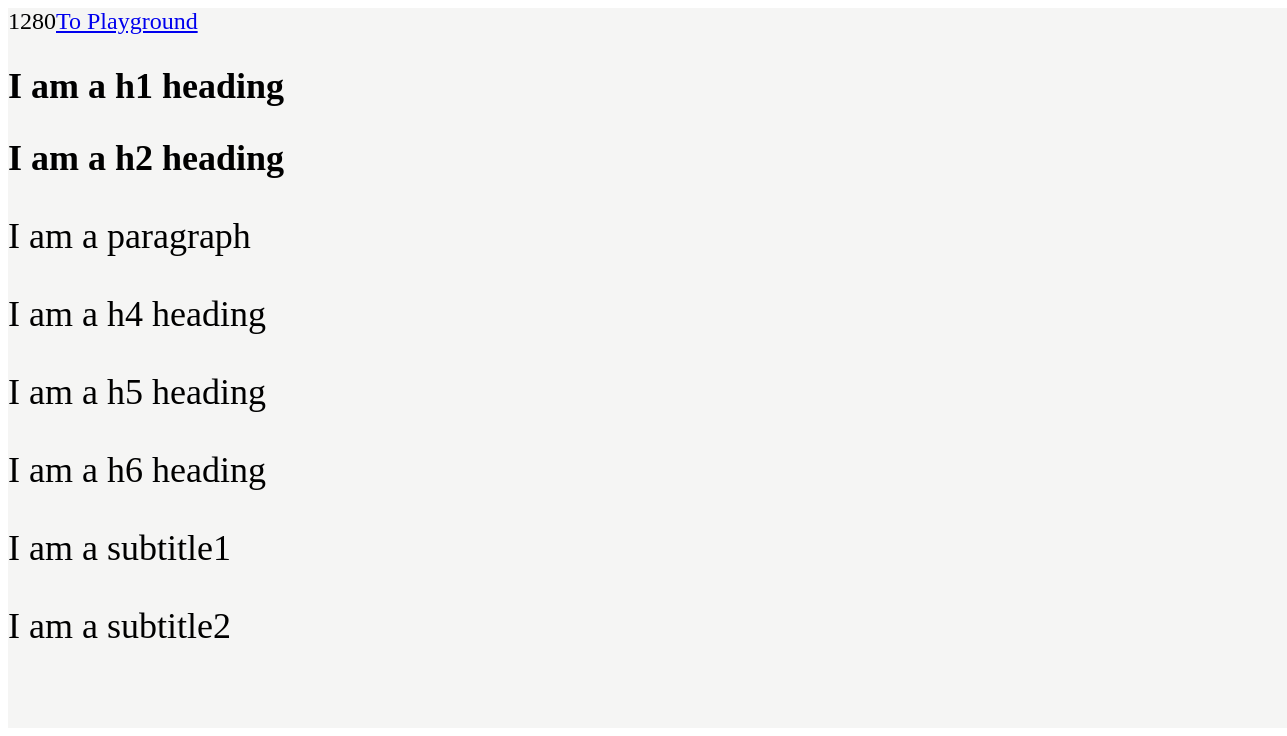
Repository: Terrycoco/coco-playground-starter
Page: /
The author's editor kept a copy of each file at every save. The page is drawn from the files as they stood at one save, then again after the next save.
The browser window is 1280 px wide. The page is 1287 px wide, so the pictures cover 1287 px, including what lies to the right of the window. The pictures show the whole page.
Some web fonts or font styles are not loaded; a fallback is used. The project was rebuilt for these pictures with package versions that can differ from the ones it lists, and the page was loaded fresh each time. The framework's server and built-in components were replaced by stand-ins that run in the browser. Also part of the build but not shown: next.config.js, src/dev/components/dropdowns/ColorDropdown.js, src/dev/components/dropdowns/FontDropdown.js, src/dev/components/dropdowns/Dropdown.js, src/styles/theme.css.

Above is the page before, as saved 2023-02-17 09:30:25.

After the next save:
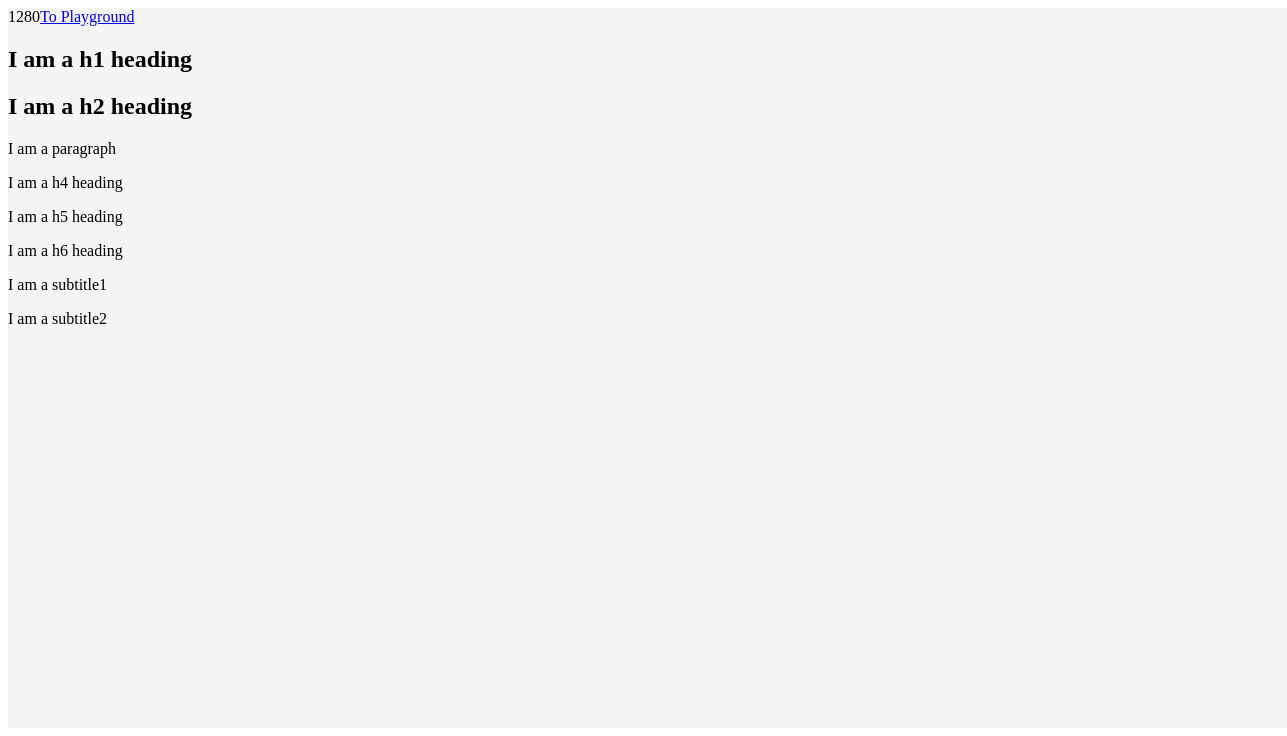
Saved 53 s later.
--- a/src/pages/_app.js
+++ b/src/pages/_app.js
@@ -1,4 +1,4 @@
-import "@/styles/globals.css";
+import "@/styles/theme.css";
 import Head from "next/head";
 import { ThemeProvider, ViewportProvider } from "@/context";
 import "../libraries/fontawesome";
@@ -10,16 +10,14 @@ export default function App({ Component, pageProps }) {
     <div className={fontVariables}>
       <ViewportProvider>
         <ThemeProvider key="themeprovider">
-          <CSSVariables>
-            <Head>
-              <meta
-                name="viewport"
-                content="width=device-width, initial-scale=1.0"
-              />
-            </Head>
+          <Head>
+            <meta
+              name="viewport"
+              content="width=device-width, initial-scale=1.0"
+            />
+          </Head>
 
-            <Component {...pageProps} />
-          </CSSVariables>
+          <Component {...pageProps} />
         </ThemeProvider>
       </ViewportProvider>
     </div>
